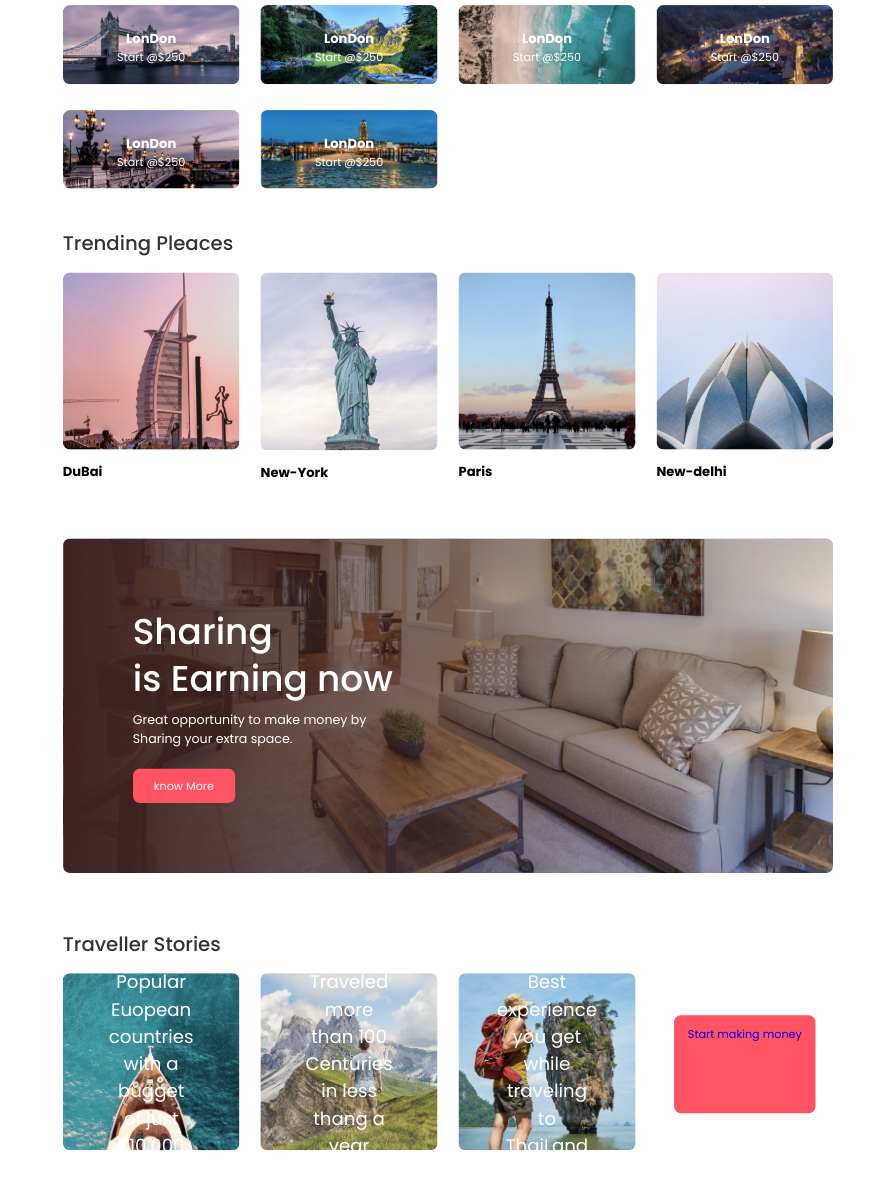
Repository: pinocoding/AirBnB
Page: house.html
The author's editor kept a copy of each file at every save. The page is drawn from the files as they stood at one save, then again after the next save.
The browser window is 1280 px wide. The pictures show the part of the page from y = 825 to 2745 px (the page is 2506 px tall before and 2745 px after), at 70% of full size.

Above is the page before, as saved 2022-01-23 16:17:23.

### house.html
<!DOCTYPE html>
<html lang="en">
<head>
  <meta charset="UTF-8">
  <meta http-equiv="X-UA-Compatible" content="IE=edge">
  <meta name="viewport" content="width=device-width, initial-scale=1.0">
  <link rel="stylesheet" href="./style.css">
  <title>AirBnB</title>
</head>
<body>
  <!-- header -->
  <div class="header">
   <nav>
     <img src="/images/logo.png" class="logo" alt="blem" >
     <ul class="nav-links">
       <li><a href="#">Popular Places</a></li>
       <li><a href="#">Travel Outside</a></li>
       <li><a href="#">Online Packages</a></li>
     </ul>
     <a href="#"class="regiser-btn">Register Now</a>
   </nav>
   <div class="container">
     <h1>
       Find Your next Stay
     </h1>
     <div class="search-bar">
       <form >
         <div class="location-input">
           <label for="">Location</label>
           <input type="text" placeholder="where are ya goin'">
         </div>
         <div>
          <label for="">Check In </label>
          <input type="text" placeholder="Add Date">
        </div>
        <div>
          <label for="">Check Out</label>
          <input type="text" placeholder="Add Date">
        </div>
        <div>
          <label for="">Guest</label>
          <input type="text" placeholder="Add Guest">
        </div>
        <button type="submit">
          <img src="/images/search.png" alt="blem" >
        </button>
       </form>
     </div>


   </div>
   <!-- IMG gallary  -->


<!-- ---------Container------ -->

  </div>
  <div class="container">
    <h2 class="sub-title">Exclusives</h2>
    <div class="exclusives">
   <div>
     <img src="/images/image-1.png" alt="">
     <span>
       <h3>
         LonDon
       </h3>
       <p>
         Start @$250
       </p>
     </span>
   </div>
   <div>
    <img src="/images/image-2.png" alt="">
    <span>
      <h3>
        LonDon
      </h3>
      <p>
        Start @$250
      </p>
    </span>
  </div>
  <div>
    <img src="/images/image-3.png" alt="">
    <span>
      <h3>
        LonDon
      </h3>
      <p>
        Start @$250
      </p>
    </span>
  </div>
  <div>
    <img src="/images/image-4.png" alt="">
    <span>
      <h3>
        LonDon
      </h3>
      <p>
        Start @$250
      </p>
    </span>
  </div>
  <div>
    <img src="/images/image-5.png" alt="">
    <span>
      <h3>
        LonDon
      </h3>
      <p>
        Start @$250
      </p>
    </span>
  </div>
  <div>
    <img src="/images/image-6.png" alt="">
    <span>
      <h3>
        LonDon
      </h3>
      <p>
        Start @$250
      </p>
    </span>
  </div>
    </div>
    <h2 class="sub-title">
      Trending Pleaces
    </h2>
    <div class="trending">
      <div>
        <img src="/images/dubai.png" alt="blem" >
        <h3>DuBai</h3>
      </div>
      <div>
        <img src="/images/new-york.png" alt="blem" >
        <h3>New-York</h3>
      </div>
      <div>
        <img src="/images/paris.png" alt="blem" >
        <h3>Paris</h3>
      </div>
      <div>
        <img src="/images/new-delhi.png" alt="blem" >
        <h3>New-delhi</h3>
      </div>
    </div>
    <div class="cta">
      <h3>Sharing <br> is Earning now</h3>
      <p>Great opportunity to make money by <br> Sharing your extra space.</p>
      <a href="#" class="cta-btn">know More </a>
    </div>
<h2 class="sub-title">
  Traveller Stories
</h2>
<div class="stories">
  <div>
    <img src="/images/story-1.png" alt="#" >
    <p>Popular Euopean countries with a bugget of just $10.000 </p>
  </div>
  <div>
    <img src="/images/story-2.png" alt="#" >
    <p>Traveled more than 100 Centuries in less thang a year  </p>
  </div>
  <div>
    <img src="/images/story-3.png" alt="#" >
    <p>Best experience you get while traveling to ThaiLand</p>
  </div>
 <a href="#" class="start-btn">Start making money</a>

</div>
<!--  -->

</div>
</body>
<script src="./function.js"></script>
</html>

### style.css
@import url('https://fonts.googleapis.com/css2?family=Poppins:wght@300;400;500;600;700&display=swap');
:root {
  --text-colorWhite : #fff;
  --text-colorBlack : #000;
  --background  : #fff;
}
* {
  margin: 0;
  padding: 0;
  box-sizing: border-box;
  font-family: 'Poppins', sans-serif;
}
.header {
  min-height: 100vh;
  width: 100%;
  background-image:linear-gradient(rgba(0,0,0,0.3),rgba(0,0,0,0.3)),url(/images/banner.png);
  background-size: cover;
  background-position: center;
}
nav {
  display: flex;
  align-items: center;
  justify-content: space-between;
  padding: 20px  7%;
}
.logo {
  width: 140px;
  cursor: pointer;
}
.nav-links li {
  list-style: none;
  display: inline-block;
  margin : 10px 30px
}
.nav-links li a {
  text-decoration: none;
  color: var(--text-colorWhite);
}
 .regiser-btn {
   background:var(--background) ;
   color: #000;
   padding:8px 20px;
   border-radius: 20px;
   font-size: 14px;
   text-decoration: none;
  outline: none;

}
.container {
  padding :0 7%;
}
.container h1  {
font-size: 4vw;
font-weight: 500;
color: var(--text-colorWhite);
text-align: center;
padding-top: 22%

}
.search-bar {
  background: var(--background);
  width: 50%;
  margin: 30px auto;
  padding: 6px 10px 6px 30px;
  border-radius: 50px;

}
.search-bar form {
  display:  flex;
  align-items: center;
  flex-wrap: wrap;
}
.search-bar form input {
  display: block;
  border: 0;
  outline: none;
  background: transparent;
}
.search-bar form button {
  background: #ff5361;
  width: 55px;
  height: 55px;
  border-radius: 50%;
  outline: none;
  border: 0;
  cursor: pointer;
}
.search-bar form button img {
  width: 15px;
  margin-top: 7px;
}
.location-input {
  flex: 1;
}
.search-bar form label {
  font-weight: 600;
}
/* ---------Exclusives--------- */
.sub-title {
  margin:  50px 0 20px;
  font-size: 2.2vw;
  font-weight: 500;
  color: #333;
}
.exclusives {

  display: grid ;
  grid-template-columns: repeat(auto-fit,minmax(200px,1fr));
  grid-gap: 30px


}
.exclusives div img {
  width:100% ;
  border-radius: 10px;
}
.exclusives div {
  position: relative;
}
.exclusives div span {
  position:absolute;
  top : 50%;
  left: 50%;
  transform: translate(-50%,-50%);
  color: var(--text-colorWhite);
  text-align: center;
  cursor: pointer;
}
/* ------------Trending Please---------------------- */
.trending {

  display: grid ;
  grid-template-columns: repeat(auto-fit,minmax(200px,1fr));
  grid-gap: 30px;
  margin-bottom :30px;


}
.trending div img {
  width:100% ;
  border-radius: 10px;
}
.trending h3 {
  font-size: 600;
  margin-top :10px
}
/* -----Call to action --- */
.cta {
  margin : 80px 0  ;
  background-image: linear-gradient(to right, #3f2321,transparent),url(/images/banner-2.png);
  background-size: cover ;
  background-position: center;
  border-radius: 10px;
  padding: 100px;
  color: var(--text-colorWhite);


}
.cta  h3 {
  font-size: 4vw ;
  line-height: 5.3vw ;
  font-weight: 500;

}
.cta p {
  font-size: 18px;
  margin: 10px 0;
}
.cta .cta-btn {
  background: #ff5361;
  color: #fff;
  text-decoration: none;
  padding: 12px  30px ;
  border-radius: 10px;
  margin-top:20px ;
  display: inline-block;

}
/* ------------Traveller Stories--------- */
.stories {
  display: grid ;
  grid-template-columns: repeat(auto-fit,minmax(200px,1fr));
  grid-gap: 30px;
  margin-bottom :30px;

}
.stories div img {
  width: 100%;
  border-radius: 10px;
}
.stories div {
  position: relative;
  text-align: center;

}
.stories p {
  width: 80%px;
  position: absolute;
  top: 50%;
  left: 50%;
  transform: translate(-50%,-50%);
  color: var(--text-colorWhite);
  font-size: 26px;
}
.start-btn {
  text-decoration: none;
  background-color: #ff5361;
  width: 80%;
  max-width: 350px;
  display: block;
  text-align: center;
  margin : 60px auto ;
  border-radius: 30px;
  padding : 15px ;
  border-radius: 10px;


}

Loaded but not shown: function.js (no copy from this time; the picture is the same without it)

After the next save:
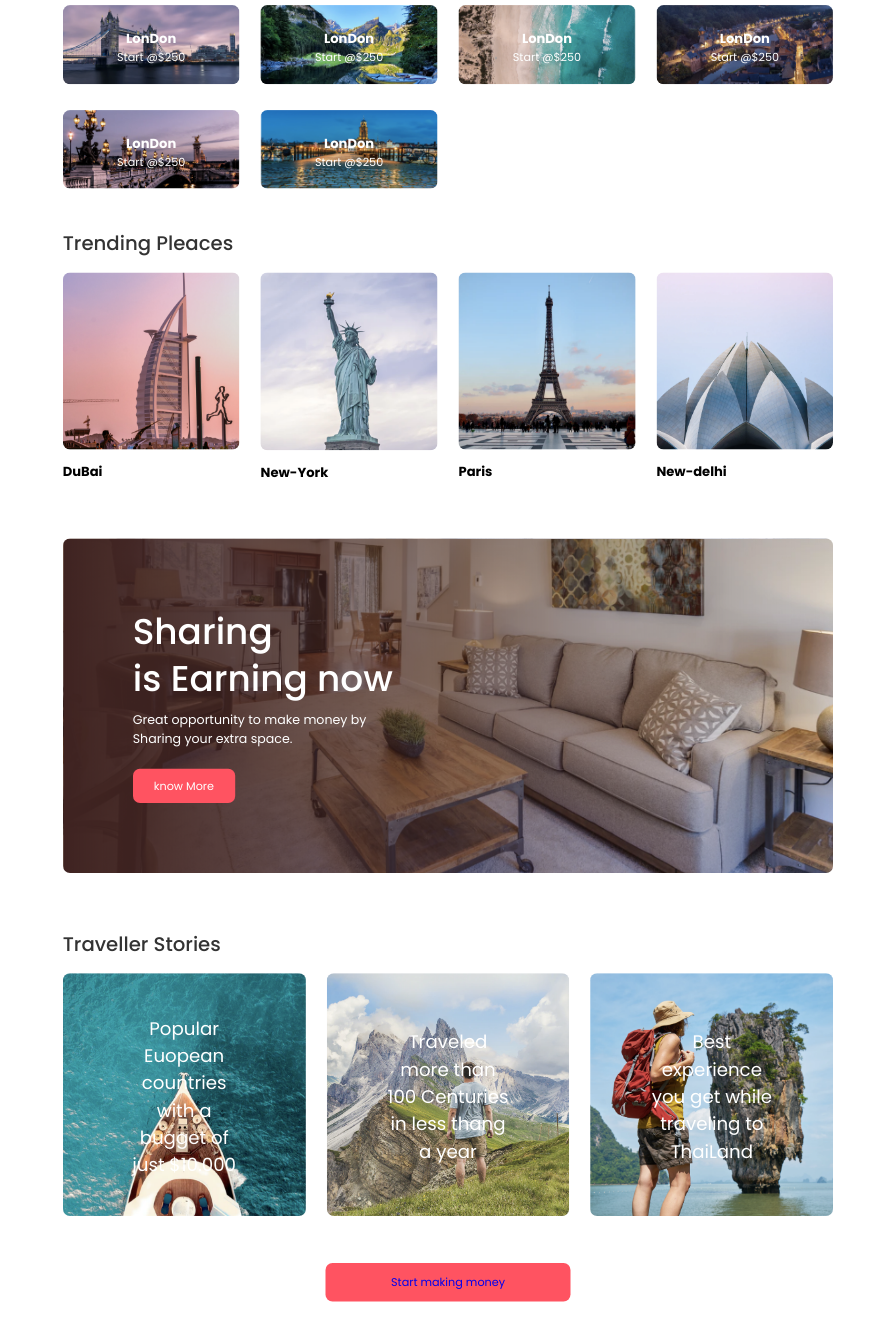
Saved 18 s later.
--- a/house.html
+++ b/house.html
@@ -167,9 +167,9 @@
     <img src="/images/story-3.png" alt="#" >
     <p>Best experience you get while traveling to ThaiLand</p>
   </div>
- <a href="#" class="start-btn">Start making money</a>
 
 </div>
+<a href="#" class="start-btn">Start making money</a>
 <!--  -->
 
 </div>
